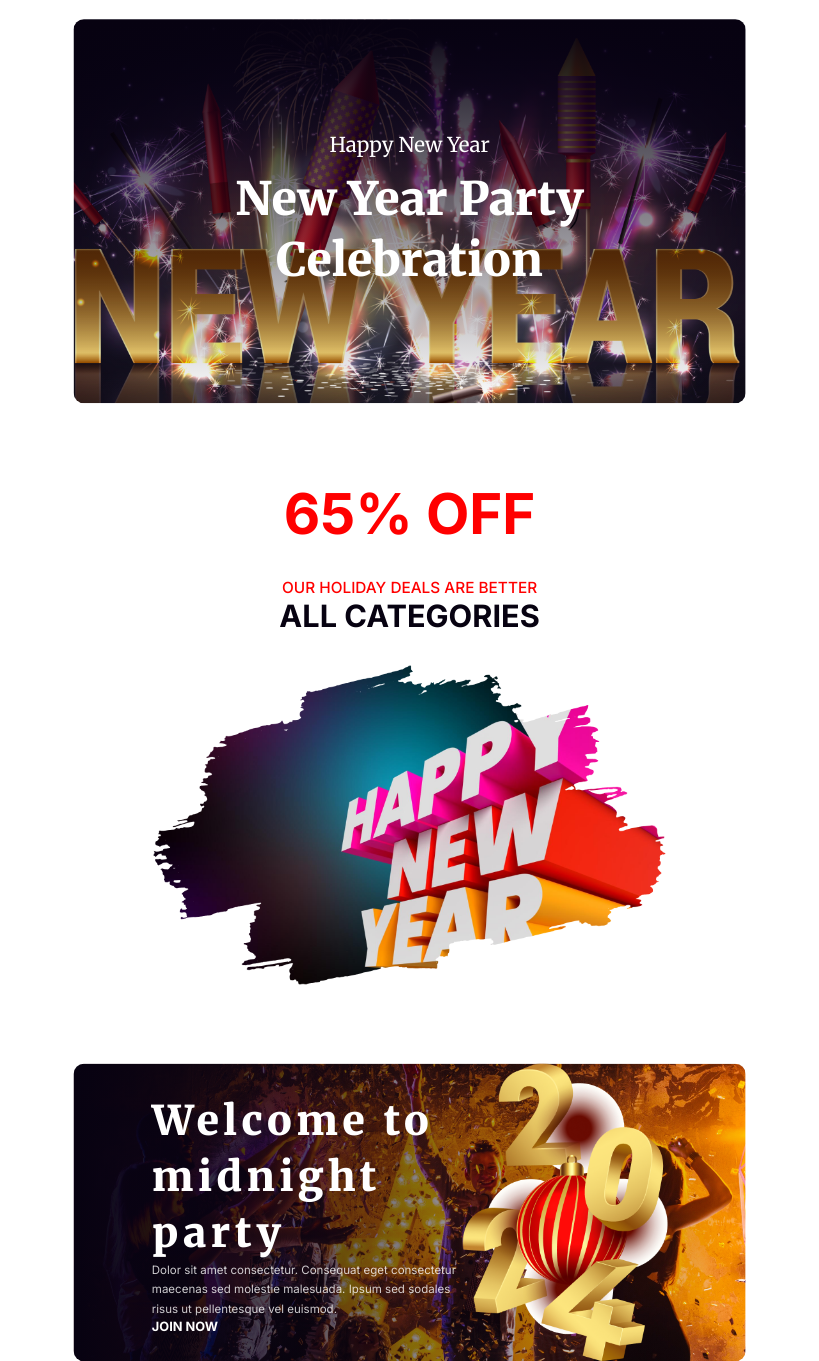
Repository: rahmatahmedrifat/First-Assignment
Page: index.html
An editor plug-in stored every save of this project. The page is shown before and after the next save, followed by the edit.
The browser window is 1280 px wide. The pictures show the whole page, at 64% of full size.

Above is the page before, as saved 2024-01-08 02:24:56.

After the next save:
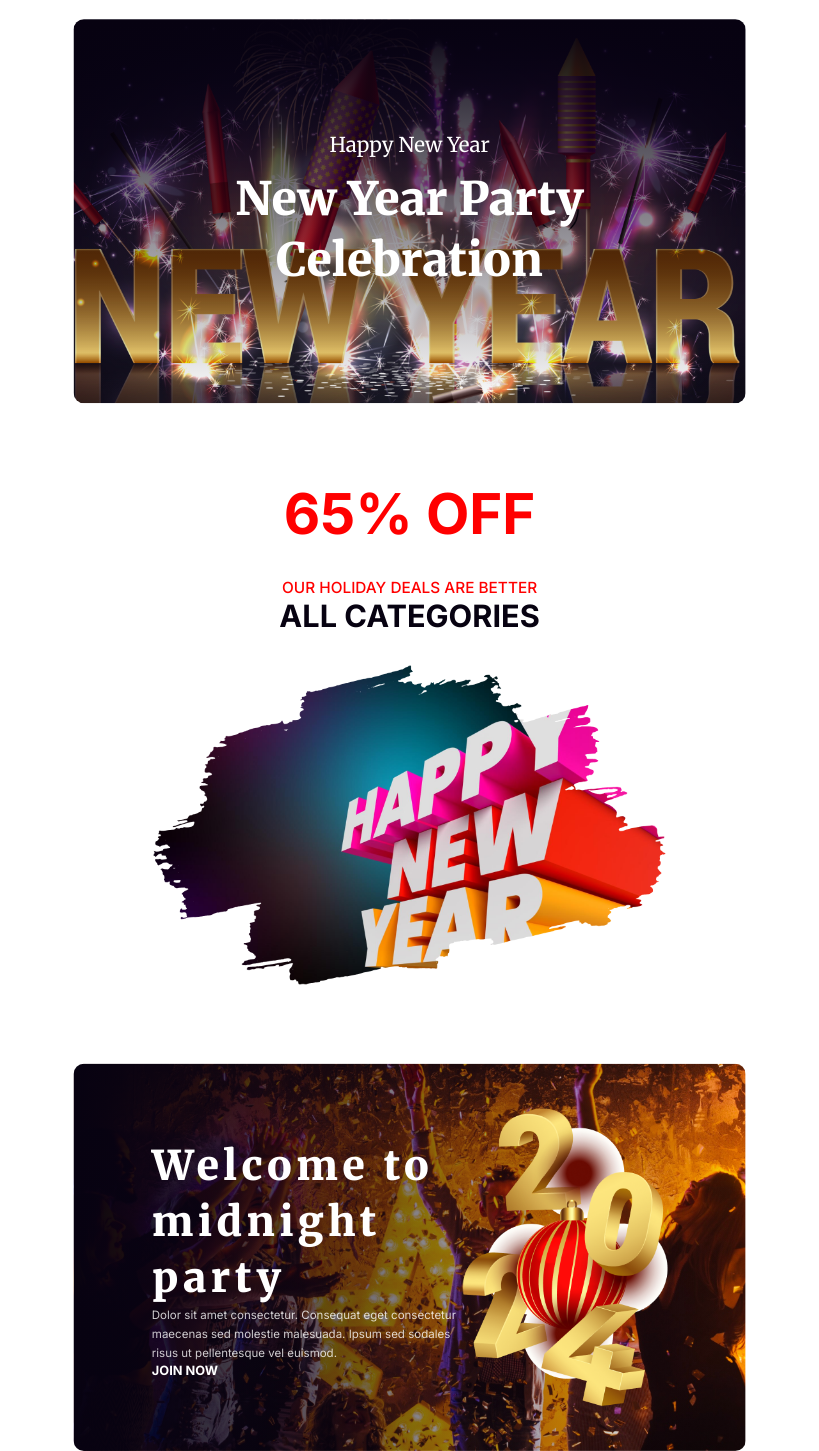
Saved 5 min 36 s later.
--- a/Style/style.css
+++ b/Style/style.css
@@ -102,7 +102,7 @@
     align-items: center;
     justify-content: center;
     border-radius: 16px;
-    padding: 0px 122px;
+    padding: 70px 122px;
 }
 .party-container .party-content{
 }
